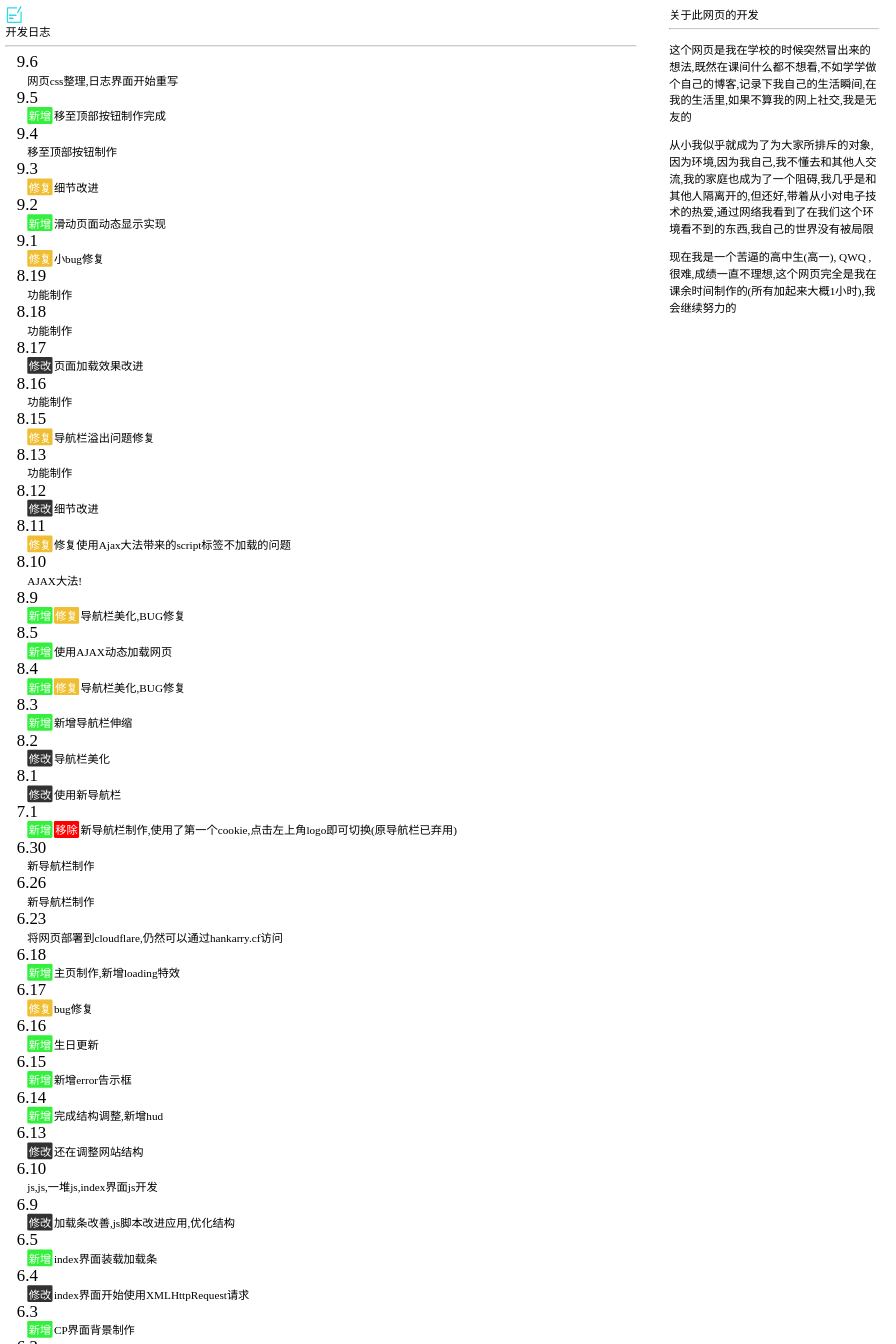
Repository: hankarry/personal_page
Page: diary/diary_pageload.html
An editor plug-in stored every save of this project. The page is shown before and after the next save, followed by the edit.
The browser window is 1280 px wide. The pictures show the part of the page from y = 0 to 1920 px (the page is 3522 px tall), at 70% of full size.

Above is the page before, as saved 2022-09-09 10:10:21.
Console error: ReferenceError: Header is not defined

### diary/diary_pageload.html
<link rel="stylesheet" type="text/css" href="css/diary.css">
<script>Header(1, 'head_diary')</script>
<div id="whole_diary">
    <div class="card">
        <div>
            <div class="title_div"><img src="/css/hud/xiugaidingdan.svg" width="25" height="25"><section class="p_title">开发日志</section></div>
            <hr>
            <ul id="diary">
                <li>
                    <div class="diary_title">9.6</div>
                    <div class="diary_content">
                        网页css整理,日志界面开始重写
                    </div>
                </li>
                <li>
                    <div class="diary_title">
                        9.5
                    </div>
                    <div class="diary_content">
                        <div class="xinzeng">新增</div>移至顶部按钮制作完成
                    </div>
                </li>
                <li>
                    <div class="diary_title">
                        9.4
                    </div>
                    <div class="diary_content">
                        移至顶部按钮制作
                    </div>
                </li>
                <li>
                    <div class="diary_title">
                        9.3
                    </div>
                    <div class="diary_content">
                        <div class="xiufu">修复</div>细节改进
                    </div>
                </li>
                <li>
                    <div class="diary_title">
                        9.2
                    </div>
                    <div class="diary_content">
                        <div class="xinzeng">新增</div>滑动页面动态显示实现
                    </div>
                </li>
                <li>
                    <div class="diary_title">
                        9.1
                    </div>
                    <div class="diary_content">
                        <div class="xiufu">修复</div>小bug修复
                    </div>
                </li>
                <li>
                    <div class="diary_title">
                        8.19
                    </div>
                    <div class="diary_content">
                        功能制作
                    </div>
                </li>
                <li>
                    <div class="diary_title">
                        8.18
                    </div>
                    <div class="diary_content">
                        功能制作
                    </div>
                </li>
                <li>
                    <div class="diary_title">
                        8.17
                    </div>
                    <div class="diary_content">
                        <div class="xiugai">修改</div>页面加载效果改进
                    </div>
                </li>
                <li>
                    <div class="diary_title">
                        8.16
                    </div>
                    <div class="diary_content">
                        功能制作
                    </div>
                </li>
                <li>
                    <div class="diary_title">
                        8.15
                    </div>
                    <div class="diary_content">
                        <div class="xiufu">修复</div>导航栏溢出问题修复
                    </div>
                </li>
                <li>
                    <div class="diary_title">
                        8.13
                    </div>
                    <div class="diary_content">
                        功能制作
                    </div>
                </li>
                <li>
                    <div class="diary_title">
                        8.12
                    </div>
                    <div class="diary_content">
                        <div class="xiugai">修改</div>细节改进
                    </div>
                </li>
                <li>
                    <div class="diary_title">
                        8.11
                    </div>
                    <div class="diary_content">
                        <div class="xiufu">修复</div>修复使用Ajax大法带来的script标签不加载的问题
                    </div>
                </li>
                <li>
                    <div class="diary_title">
                        8.10
                    </div>
                    <div class="diary_content">
                        AJAX大法!
                    </div>
                </li>
                <li>
                    <div class="diary_title">
                        8.9
                    </div>
                    <div class="diary_content">

                        <div class="xinzeng">新增</div><div class="xiufu">修复</div>导航栏美化,BUG修复
                    </div>
                </li>
                <li>
                    <div class="diary_title">
                        8.5
                    </div>
                    <div class="diary_content">
                        <div class="xinzeng">新增</div>使用AJAX动态加载网页
                    </div>
                </li>
                <li>
                    <div class="diary_title">
                        8.4
                    </div>
                    <div class="diary_content">
                        <div class="xinzeng">新增</div><div class="xiufu">修复</div>导航栏美化,BUG修复
                    </div>
                </li>
                <li>
                    <div class="diary_title">
                        8.3
                    </div>
                    <div class="diary_content">
                        <div class="xinzeng">新增</div>新增导航栏伸缩
                    </div>
                </li>
                <li>
                    <div class="diary_title">
                        8.2
                    </div>
                    <div class="diary_content">
                        <div class="xiugai">修改</div>导航栏美化
                    </div>
                </li>
                <li>
                    <div class="diary_title">
                        8.1
                    </div>
                    <div class="diary_content">
                        <div class="xiugai">修改</div>使用新导航栏
                    </div>
                </li>
                <li>
                    <div class="diary_title">
                        7.1
                    </div>
                    <div class="diary_content">
                        <div class="xinzeng">新增</div><div class="yichu">移除</div>新导航栏制作,使用了第一个cookie,点击左上角logo即可切换(原导航栏已弃用)
                    </div>
                </li>
                <li>
                    <div class="diary_title">
                        6.30
                    </div>
                    <div class="diary_content">
                        新导航栏制作
                    </div>
                </li>
                <li>
                    <div class="diary_title">
                        6.26
                    </div>
                    <div class="diary_content">
                        新导航栏制作
                    </div>
                </li>
                <li>
                    <div class="diary_title">
                        6.23
                    </div>
                    <div class="diary_content">
                        将网页部署到cloudflare,仍然可以通过hankarry.cf访问
                    </div>
                </li>
                <li>
                    <div class="diary_title">
                        6.18
                    </div>
                    <div class="diary_content">
                        <div class="xinzeng">新增</div>主页制作,新增loading特效
                    </div>
                </li>
                <li>
                    <div class="diary_title">
                        6.17
                    </div>
                    <div class="diary_content">
                        <div class="xiufu">修复</div>bug修复
                    </div>
                </li>
                <li>
                    <div class="diary_title">
                        6.16
                    </div>
                    <div class="diary_content">
                        <div class="xinzeng">新增</div>生日更新
                    </div>
                </li>
                <li>
                    <div class="diary_title">
                        6.15
                    </div>
                    <div class="diary_content">
                        <div class="xinzeng">新增</div>新增error告示框
                    </div>
                </li>
                <li>
                    <div class="diary_title">
                        6.14
                    </div>
                    <div class="diary_content">
                        <div class="xinzeng">新增</div>完成结构调整,新增hud
                    </div>
                </li>
                <li>
                    <div class="diary_title">
                        6.13
                    </div>
                    <div class="diary_content">
                        <div class="xiugai">修改</div>还在调整网站结构
                    </div>
                </li>
                <li>
                    <div class="diary_title">
                        6.10
                    </div>
                    <div class="diary_content">
                        js,js,一堆js,index界面js开发
                    </div>
                </li>
                <li>
                    <div class="diary_title">
                        6.9
                    </div>
                    <div class="diary_content">
                        <div class="xiugai">修改</div>加载条改善,js脚本改进应用,优化结构
                    </div>
                </li>
                <li>
                    <div class="diary_title">
                        6.5
                    </div>
                    <div class="diary_content">
                        <div class="xinzeng">新增</div>index界面装载加载条
                    </div>
                </li>
                <li>
                    <div class="diary_title">
                        6.4
                    </div>
                    <div class="diary_content">
                        <div class="xiugai">修改</div>index界面开始使用XMLHttpRequest请求
                    </div>
                </li>
                <li>
                    <div class="diary_title">
                        6.3
                    </div>
                    <div class="diary_content">
                        <div class="xinzeng">新增</div>CP界面背景制作
                    </div>
                </li>
                <li>
                    <div class="diary_title">
                        6.2
                    </div>
                    <div class="diary_content">
                        开始学习XML
                    </div>
                </li>
                <li>
                    <div class="diary_title">
                        6.1
                    </div>
                    <div class="diary_content">
                        儿童劫摆烂
                    </div>
                </li>
                <li>
                    <div class="diary_title">
                        5.31
                    </div>
                    <div class="diary_content">
                        <div class="xiugai">修改</div>动画适配
                    </div>
                </li>
                <li>
                    <div class="diary_title">
                        5.30
                    </div>
                    <div class="diary_content">
                        <div class="xinzeng">新增</div>小言界面制作
                    </div>
                </li>
                <li>
                    <div class="diary_title">
                        5.29
                    </div>
                    <div class="diary_content">
                        <div class="xinzeng">新增</div>多个页面的制作,效果改善
                    </div>
                </li>
                <li>
                    <div class="diary_title">
                        5.28
                    </div>
                    <div class="diary_content">
                        <div class="xinzeng">新增</div>新增页面离开效果
                    </div>
                </li>
                <li>
                    <div class="diary_title">
                        5.27
                    </div>
                    <div class="diary_content">
                        <div class="xinzeng">新增</div>新页面制作,疯狂挖坑
                    </div>
                </li>
                <li>
                    <div class="diary_title">
                        5.26
                    </div>
                    <div class="diary_content">
                        <div class="xinzeng">新增</div>目标界面制作,新页面规划
                    </div>
                </li>
                <li>
                    <div class="diary_title">
                        5.25
                    </div>
                    <div class="diary_content">
                        <div class="xiugai">修改</div>导航栏改进,新页面制作
                    </div>
                </li>
                <li>
                    <div class="diary_title">
                        5.24
                    </div>
                    <div class="diary_content">
                        <div class="xinzeng">新增</div>新建游戏主选项,联机界面改放其下成为子项
                    </div>
                </li>
                <li>
                    <div class="diary_title">
                        5.21
                    </div>
                    <div class="diary_content">
                        <div class="xiugai">修改</div>联机界面改进
                    </div>
                </li>
                <li>
                    <div class="diary_title">
                        5.20
                    </div>
                    <div class="diary_content">
                        <div class="xiufu">修复</div>终于解决按钮的问题了
                    </div>
                </li>
                <li>
                    <div class="diary_title">
                        5.19
                    </div>
                    <div class="diary_content">
                        跟按钮耗
                    </div>
                </li>
                <li>
                    <div class="diary_title">
                        5.18
                    </div>
                    <div class="diary_content">
                        <div class="xiugai">修改</div>琢磨js,重写表格,跟按钮杠上了xwx
                    </div>
                </li>
                <li>
                    <div class="diary_title">
                        5.16
                    </div>
                    <div class="diary_content">
                        <div class="xinzeng">新增</div><div class="xiugai">修改</div>新增语音服务器,界面改进
                    </div>
                </li>
                <li>
                    <div class="diary_title">
                        5.15
                    </div>
                    <div class="diary_content">
                        网页部署在gitee pages,加快访问速度
                    </div>
                </li>
                <li>
                    <div class="diary_title">
                        5.14
                    </div>
                    <div class="diary_content">
                        <div class="xiugai">修改</div>界面改进
                    </div>
                </li>
                <li>
                    <div class="diary_title">
                        5.13
                    </div>
                    <div class="diary_content">
                        <div class="xiugai">修改</div>导航栏改进
                    </div>
                </li>
                <li>
                    <div class="diary_title">
                        5.12
                    </div>
                    <div class="diary_content">
                        <div class="xiugai">修改</div>导航栏改进
                    </div>
                </li>
                <li>
                    <div class="diary_title">
                        5.11
                    </div>
                    <div class="diary_content">
                        <div class="xinzeng">新增</div>动画,主页制作
                    </div>
                </li>
                <li>
                    <div class="diary_title">
                        5.10
                    </div>
                    <div class="diary_content">
                        <div class="xinzeng">新增</div>使用css做了个小动画
                    </div>
                </li>
                <li>
                    <div class="diary_title">
                        5.9
                    </div>
                    <div class="diary_content">
                        开始学习javascript
                    </div>
                </li>
                <li>
                    <div class="diary_title">
                        5.8
                    </div>
                    <div class="diary_content">
                        <div class="xinzeng">新增</div><div class="xiugai">修改</div>新页面开发,导航栏改进
                    </div>
                </li>
                <li>
                    <div class="diary_title">
                        5.7
                    </div>
                    <div class="diary_content">
                        <div class="xinzeng">新增</div>新增多个分页面
                    </div>
                </li>
                <li>
                    <div class="diary_title">
                        5.6
                    </div>
                    <div class="diary_content">
                        <div class="xinzeng">新增</div>新增hud,导航栏
                    </div>
                </li>
                <li>
                    <div class="diary_title">
                        5.5
                    </div>
                    <div class="diary_content">
                        <div class="xiugai">修改</div>使用网格布局,使用MiSans字体
                    </div>
                </li>
                <li>
                    <div class="diary_title">
                        5.3
                    </div>
                    <div class="diary_content">
                        <div class="xinzeng">新增</div>新增开发日志
                    </div>
                </li>
                <li>
                    <div class="diary_title">
                        5.2
                    </div>
                    <div class="diary_content">
                        第一个网页在github pages部署
                    </div>
                </li>
                <li>
                    <div class="diary_title">
                        2022.4.30
                    </div>
                    <div class="diary_content">
                        开始学习html
                    </div>
                </li>
                <br>
                人属于他出生的地方，畜生属于它吃饱的地方。 --原神<br>
                探索自己独一无二的世界，挺过黑夜，并创建您能想象的一切！ --Minecraft<br>
                流淌的命运之河的终点，也许在这一刻就被决定好了。 --11eyes<br>
                你现在的气质里，藏着你走过的路，读过的书和爱过的人。 --卡萨布兰卡<br>
                <div class="loadings_style_1" style="--loading_wh:50px"><div class="loading_style_1_1" style="--loading_wh:25px"></div><div class="loading_style_1_2" style="--loading_wh:25px"></div></div>
				<div class="loadings_style_2"><div class="loading_style_2_1"></div><div class="loading_style_2_2"></div></div>
            </ul>
        </div>
    </div>

    <div class="card">
        <div>
            <section class="p_title">关于此网页的开发</section>
            <hr>
            <div>
                <p>这个网页是我在学校的时候突然冒出来的想法,既然在课间什么都不想看,不如学学做个自己的博客,记录下我自己的生活瞬间,在我的生活里,如果不算我的网上社交,我是无友的</p>
                <p>从小我似乎就成为了为大家所排斥的对象,因为环境,因为我自己,我不懂去和其他人交流,我的家庭也成为了一个阻碍,我几乎是和其他人隔离开的,但还好,带着从小对电子技术的热爱,通过网络我看到了在我们这个环境看不到的东西,我自己的世界没有被局限</p>
                <p>现在我是一个苦逼的高中生(高一), QWQ ,很难,成绩一直不理想,这个网页完全是我在课余时间制作的(所有加起来大概1小时),我会继续努力的</p>
            </div>
        </div>
    </div>
</div>

### css/diary.css
@media screen {
    #whole_diary {
        display: grid;
        grid-template-columns : 75% 25%;
    }

    .card {
        width: 95%;
        margin: 0 0 10px 0;
    }
}

#diary {
    margin: 0 1em 0 1em;
    /* padding: 0 1em 0 1em; */
    list-style-position: inside;
    list-style: none;
    padding: 0;

}

.diary_title {
    font-size: 1.5em;
    background-color: var(--backgroundcolor_card);
    /* margin-left: 10px; */
}

.diary_content {
    position: relative;
    /* display: inline-block; */
    padding-left: 15px;
    margin-left: 0px;
}

#diary > li {
    display: list-item;
    /* overflow: hidden; */

    /* 对于absolute定位的层总是相对于其最近的定义为absolute或relative的父层 */
    position: relative;
}

.diary_content::before {
    content: '';
    position: absolute;
    height: 100%;
    top: 0;
    left: 5px;
    width: 1px;
    background-color: var(--gray);
    /* z-index: 0; */
}

.xiufu {
    display: inline-block;
    background-color: rgb(240, 190, 50);
    padding: 0 2px 0 2px;
    margin-right: 2px;
    border-radius: 2px;
    color: white;
}

.xinzeng {
    display: inline-block;
    background-color: rgb(50, 240, 60);
    padding: 0 2px 0 2px;
    margin-right: 2px;
    border-radius: 2px;
    color: white;
}

.yichu {
    display: inline-block;
    background-color: rgb(255,0,0);
    padding: 0 2px 0 2px;
    margin-right: 2px;
    /* border: 1px solid var(--gray); */
    border-radius: 2px;
    color: white;
}

.xiugai {
    display: inline-block;
    background-color: rgb(50,50,50);
    padding: 0 2px 0 2px;
    margin-right: 2px;
    /* border: 1px solid var(--gray); */
    border-radius: 2px;
    color: white;
}

After the next save:
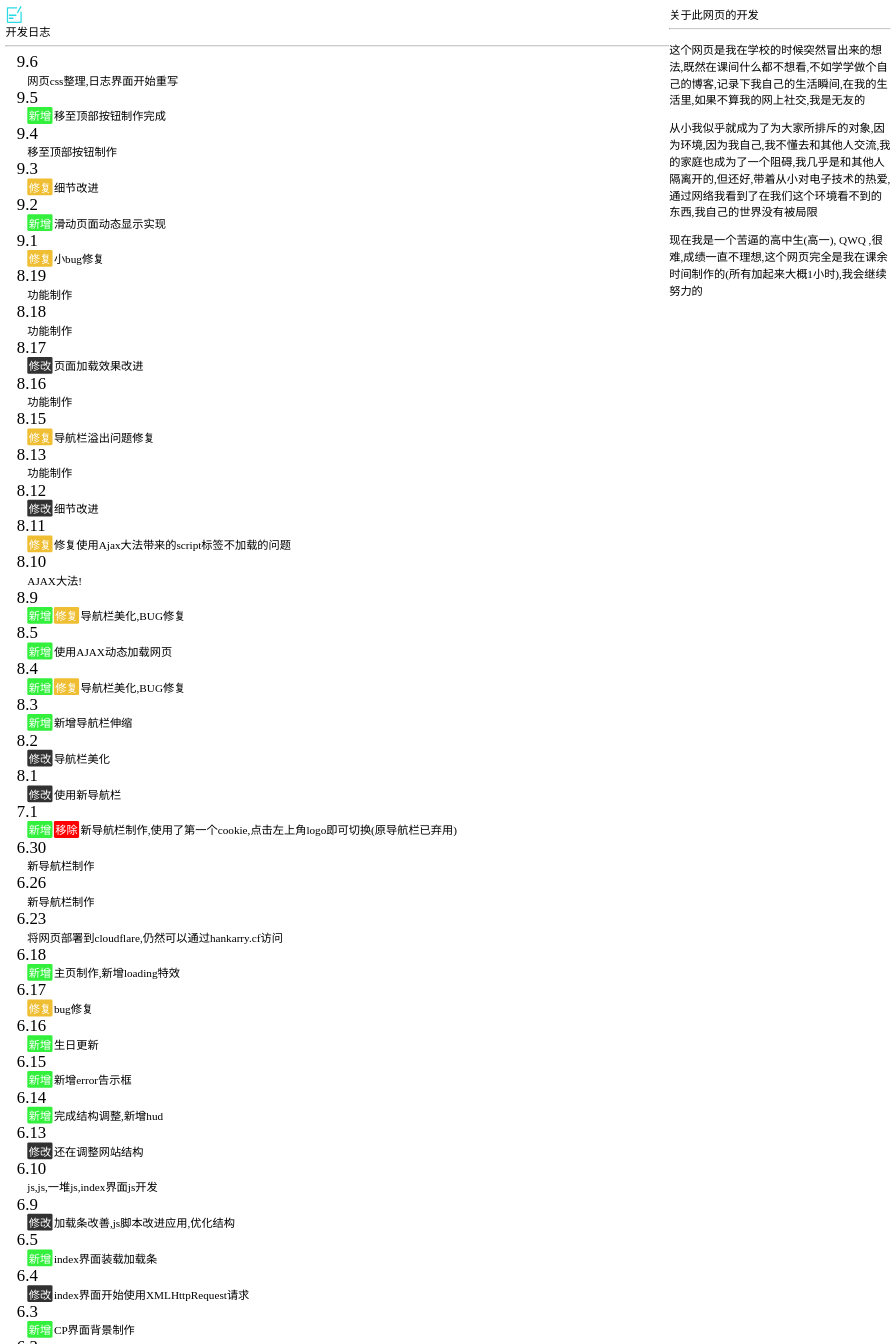
Saved 22 s later.
--- a/css/diary.css
+++ b/css/diary.css
@@ -5,7 +5,7 @@
     }
 
     .card {
-        width: 95%;
+        width: 100%;
         margin: 0 0 10px 0;
     }
 }
